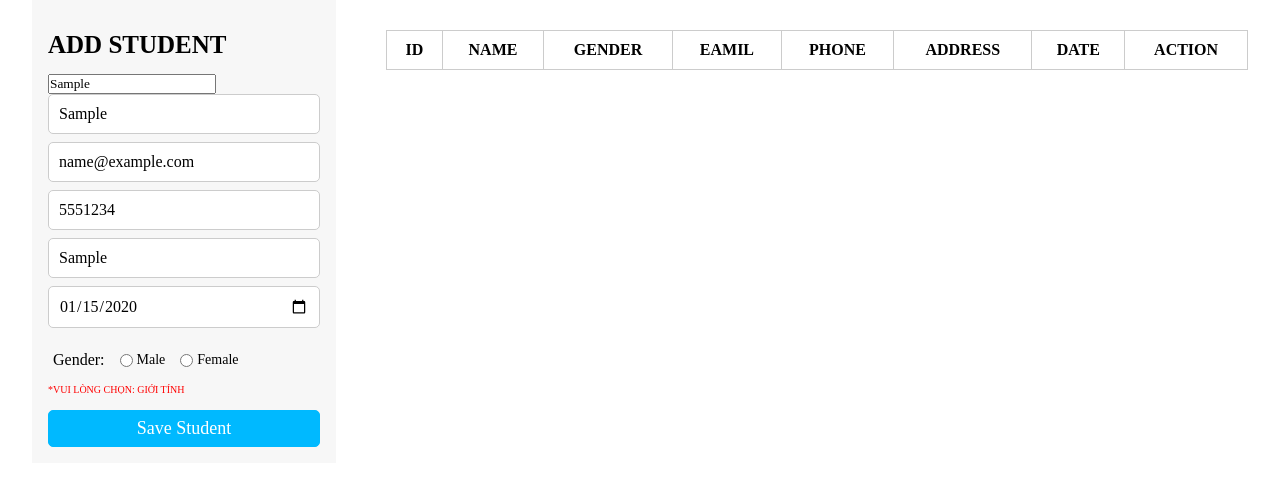
Repository: vanphongnguyen1/webDemo
Page: project(table-form)/index.html
The author's editor kept a copy of each file at every save. The page is drawn from the files as they stood at one save, then again after the next save.
The browser window is 1280 px wide. The pictures show the whole page.
Empty fields were first filled with sample values (such as "Sample", 5 or name@example.com).
After loading, the first visible `form` was submitted once.
The style sheet was rebuilt from its Sass, Less or Tailwind sources for each picture, by a compiler version that may differ from the author's.

Above is the page before, as saved 2020-08-30 18:18:45.

After the next save:
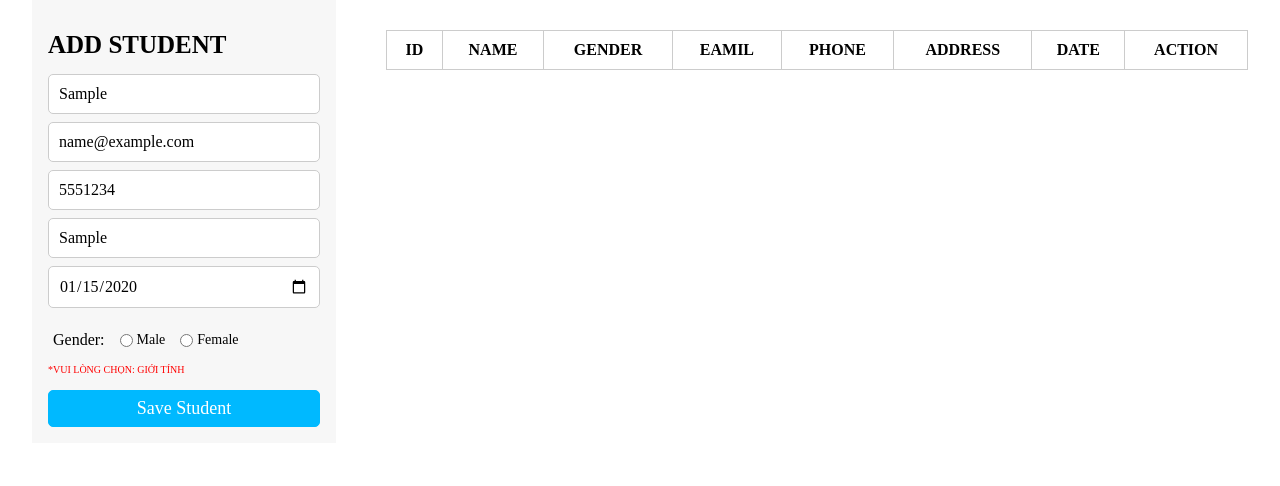
Saved 43 s later.
--- a/project(table-form)/js/main.js
+++ b/project(table-form)/js/main.js
@@ -9,6 +9,7 @@
     //     <td><a href="">edit</a>/<a href="">delete</a></td>
     // </tr>
     function listStudents () {
+        document.querySelector('.index').style.display='none'
         const name = document.querySelector('.form__input--name').value
         const email = document.querySelector('.form__input--email').value
         const phone = document.querySelector('.form__input--phone').value

After the save that followed:
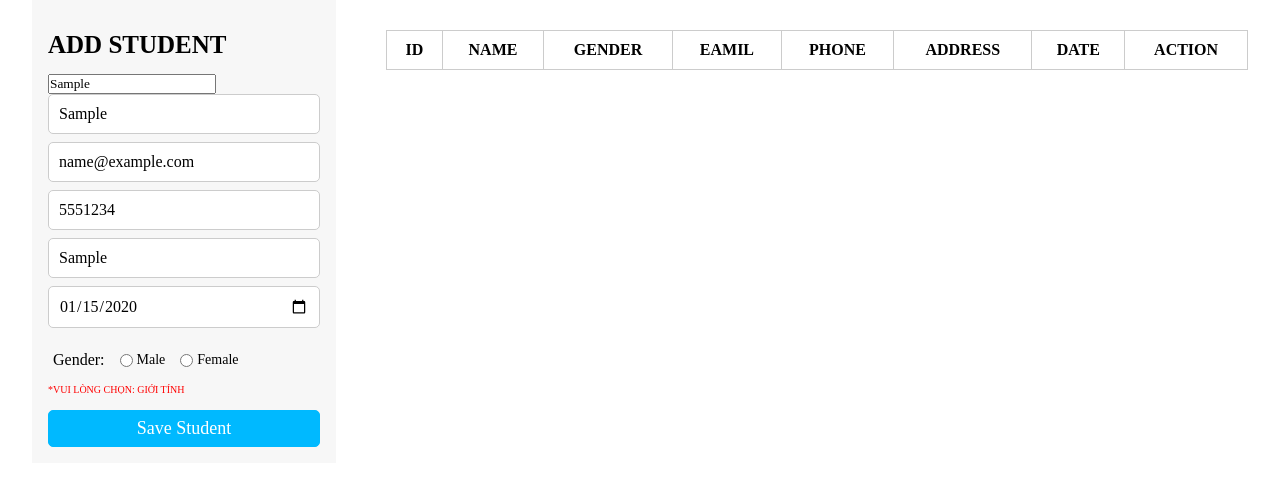
Saved 30 s later.
--- a/project(table-form)/js/main.js
+++ b/project(table-form)/js/main.js
@@ -9,7 +9,6 @@
     //     <td><a href="">edit</a>/<a href="">delete</a></td>
     // </tr>
     function listStudents () {
-        document.querySelector('.index').style.display='none'
         const name = document.querySelector('.form__input--name').value
         const email = document.querySelector('.form__input--email').value
         const phone = document.querySelector('.form__input--phone').value
